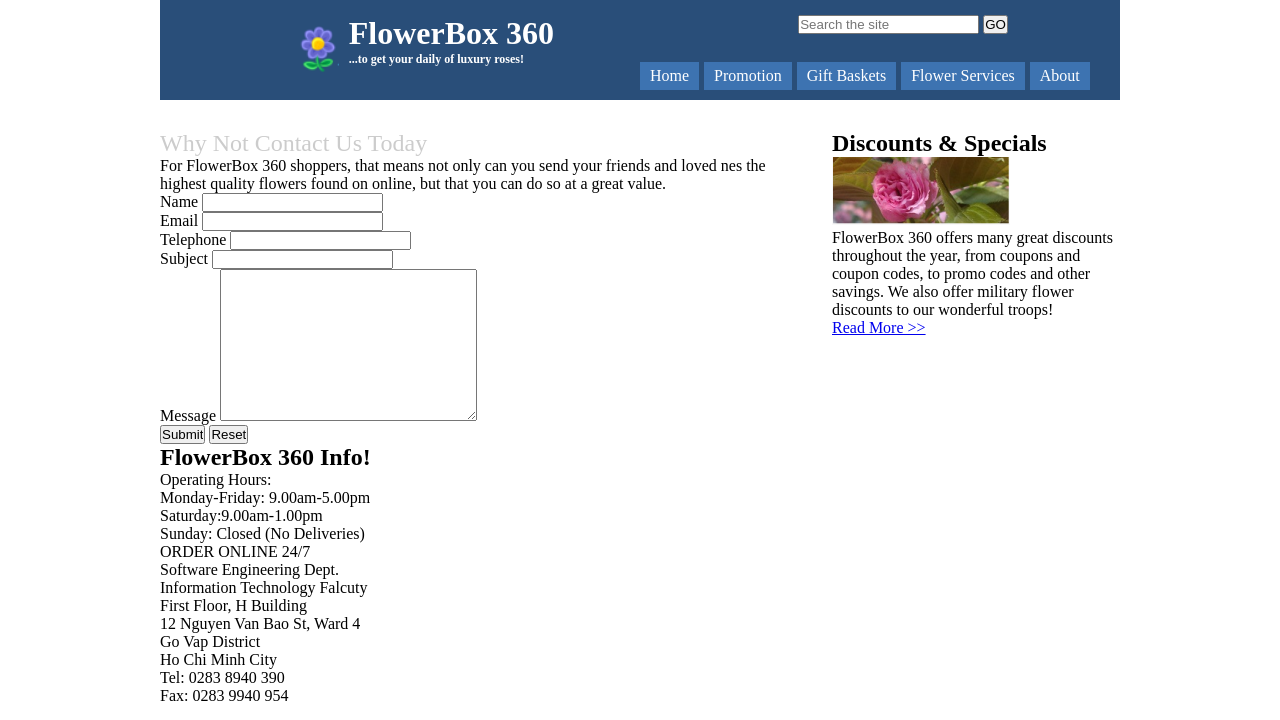
Repository: hoangnguyen1903/STT_21084321_NguyenHuyHoang_DHKHMT17B_Tuan4_DeThamKhao3
Page: html/demo.html
An editor plug-in stored every save of this project. The page is shown before and after the next save, followed by the edit.
The browser window is 1280 px wide. The pictures show the whole page.

Above is the page before, as saved 2023-03-09 14:47:48.

After the next save:
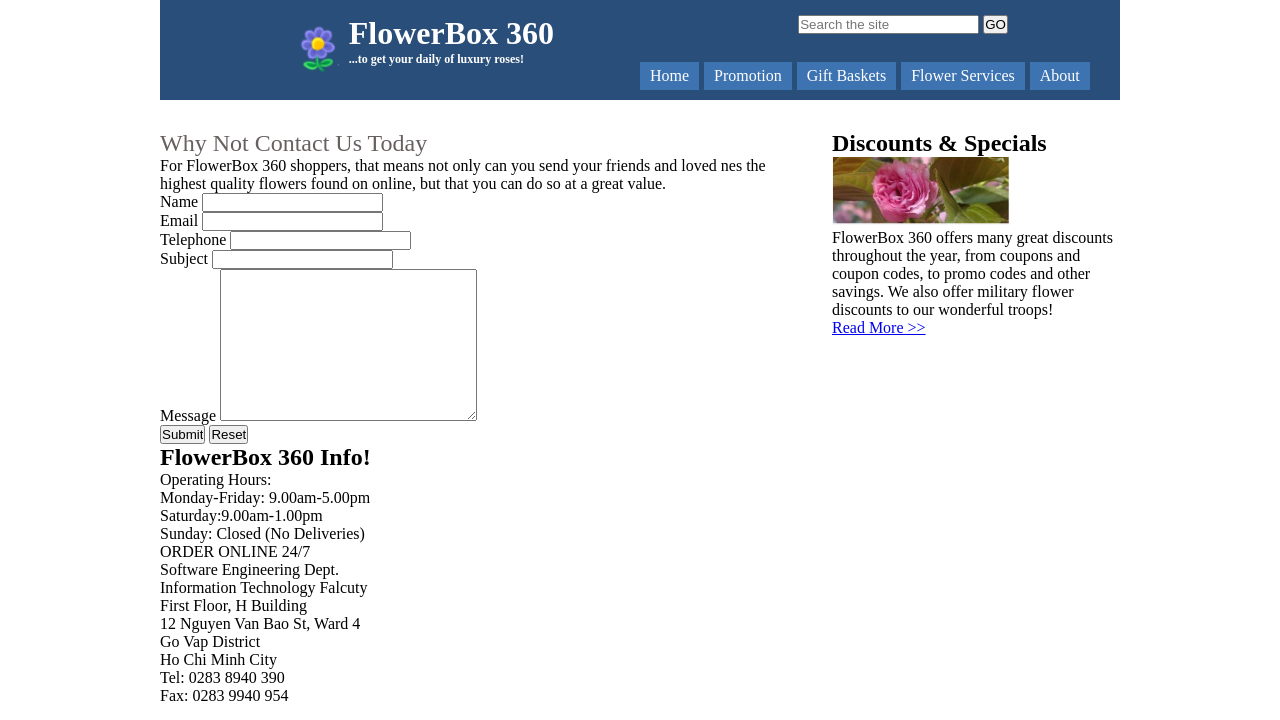
Saved 15 s later.
--- a/html/demo.html
+++ b/html/demo.html
@@ -82,7 +82,7 @@
       }
 
       .content > .content__left > .content__left-top {
-        color: #ccc;
+        color: #685f5f;
         font-weight: 500;
       }
 
